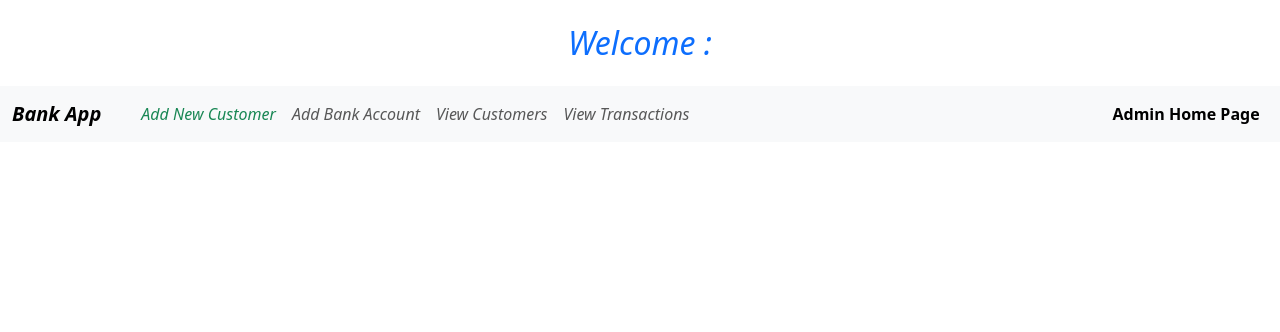
Repository: Niket-mishra/Dummy
Page: http://localhost/demo/user-list.jsp
These files come from the project's save history. The page is drawn as it stood at one moment and after the next save; the edit follows.
The browser window is 1280 px wide. The pictures show the whole page.
The page is served by Tomcat 10. Other server files are loaded and not shown. The template is opened directly, without the code that normally fills it, so the values that code supplies are empty.

Above is the page before, as saved 2024-05-12 10:13:16.

### demo/src/main/webapp/user-list.jsp
<%@ page language="java" contentType="text/html; charset=UTF-8"
 pageEncoding="UTF-8"%>
    <%@ taglib uri="http://java.sun.com/jsp/jstl/core" prefix="c"%>
        <html>

        <head>
            <title>Admin Home</title>
<link href="https://cdn.jsdelivr.net/npm/bootstrap@5.3.3/dist/css/bootstrap.min.css" rel="stylesheet">
<style>
#myDiv2 {
            display: none;
            margin-top: 10px;
            cursor: pointer;
       		 }
	#myDiv3 {
            display: none;
            margin-top: 10px;
            cursor: pointer;
       		 }
</style>
        </head>

        <body>
<h2 class ="mb-4 mt-4 fst-italic text-primary text-center">Welcome : ${fname}</h2>
<nav class="navbar navbar-expand-lg bg-body-tertiary mb-5">
  <div class="container-fluid">
    <a class="navbar-brand" href="/"><b><i>Bank App</i></b></a>
    <button class="navbar-toggler" type="button" data-bs-toggle="collapse" data-bs-target="#navbarText" aria-controls="navbarText" aria-expanded="false" aria-label="Toggle navigation">
      <span class="navbar-toggler-icon"></span>
    </button>
    <div class="collapse navbar-collapse ms-3" id="navbarText">
      <ul class="navbar-nav me-auto mb-2 mb-lg-0">
        <li class="nav-item">
          <a href="<%=request.getContextPath()%>/new" class="nav-link active fst-italic align-bottom d-flex justify-content-end link-success link-offset-2 link-underline-opacity-25 link-underline-opacity-100-hover" id="myAnchor" onclick="showDiv()" >Add New Customer</a>
        </li>
        <li class="nav-item fst-italic align-bottom d-flex justify-content-end link-success link-offset-2 link-underline-opacity-25 link-underline-opacity-100-hover">
          <a class="nav-link" href="#" onclick="hideDiv()">Add Bank Account</a>
        </li>
        <li class="nav-item fst-italic align-bottom d-flex justify-content-end link-success link-offset-2 link-underline-opacity-25 link-underline-opacity-100-hover">
          <a class="nav-link" onclick="showDiv2()">View Customers</a>
        </li>
        <li class="nav-item fst-italic align-bottom d-flex justify-content-end link-success link-offset-2 link-underline-opacity-25 link-underline-opacity-100-hover">
          <a class="nav-link" onclick="showDiv3()">View Transactions</a>
        </li>
      </ul>
      <span class="navbar-text">
        <b> <a href ="AdminHomePage.jsp" class="text-decoration-none">Admin Home Page</a> &nbsp;</b>
      </span>
    </div>
  </div>
</nav>

<div id="myDiv2">
<div class = " me-5 pe-5">

<h2 class ="mb-4 fst-italic text-primary ms-5 ps-5">Customer Details</h2>
                    <table border="1" class="table table-hover ms-5 me-5 ps-5 pe-5 mb-4">
                        <thead>
                            <tr>
                                <th>ID</th>
                                <th>First Name</th>
                                <th>Last Name</th>
                                <th>Email</th>
                                <th>Account Number</th>
                                <th>Balance</th>

                            </tr>
                        </thead>
                        <tbody>
                            <c:forEach var="user" items="${listUser}">
                                <tr>
                                    <td>
                                        <c:out value="${user.id}" />
                                    </td>
                                    <td>
                                        <c:out value="${user.fname}" />
                                    </td>
                                    <td>
                                        <c:out value="${user.lname}" />
                                    </td>
                                    <td>
                                        <c:out value="${user.email}" />
                                    </td>
                                    <td>
                                        <c:out value="${user.accounts.accNo}" />
                                    </td>
                                    <td>
                                        <c:out value="${user.accounts.balance}" />
                                    </td>
                                </tr>
                            </c:forEach>
                            <!-- } -->
                        </tbody>
					</table>
           </div>
           </div>

           <div id = "myDiv3">
           <div id "
           <div class = " me-5 pe-5">

<h2 class ="mb-4 fst-italic text-primary ms-5 ps-5">Transaction Details</h2>
                    <table border="1" class="table table-hover ms-5 me-5 ps-5 pe-5 mb-4">
                        <thead>
                            <tr>
                                <th>Transaction ID</th>
                                <th>Sender A/c</th>
                                <th>Receiver A/c</th>
                                <th>Amount</th>
                                <th>Date</th>
                                <th>Type</th>

                            </tr>
                        </thead>
                        <tbody>
                            <c:forEach var="transactions" items="${listTransaction}">
                                <tr>
                                    <td>
                                        <c:out value="${transactions.transactionId}" />
                                    </td>
                                    <td>
                                        <c:out value="${transactions.senderAcNo}" />
                                    </td>
                                    <td>
                                        <c:out value="${transactions.recieverAcNo}" />
                                    </td>
                                    <td>
                                        <c:out value="${transactions.amount}" />
                                    </td>
                                    <td>
                                        <c:out value="${transactions.date}" />
                                    </td>
                                    <td>
                                        <c:out value="TRANSFER" />
                                    </td>
                                </tr>
                            </c:forEach>

                        </tbody>
					</table>
           </div>

           </div>

             <script>
           function showDiv2() {

               var divElement2 = document.getElementById("myDiv2");

               if(divElement2.style.display="none"){
            	   divElement2.style.display="inline";
            	   divElement3.style.display="none";
               }
           }
			 function showDiv3() {

               var divElement3 = document.getElementById("myDiv2");

               if(divElement3.style.display="none"){
            	   divElement3.style.display="inline";
            	   divElement2.style.display="none";
               }
           }
          </script>






        </body>

        </html>

After the next save:
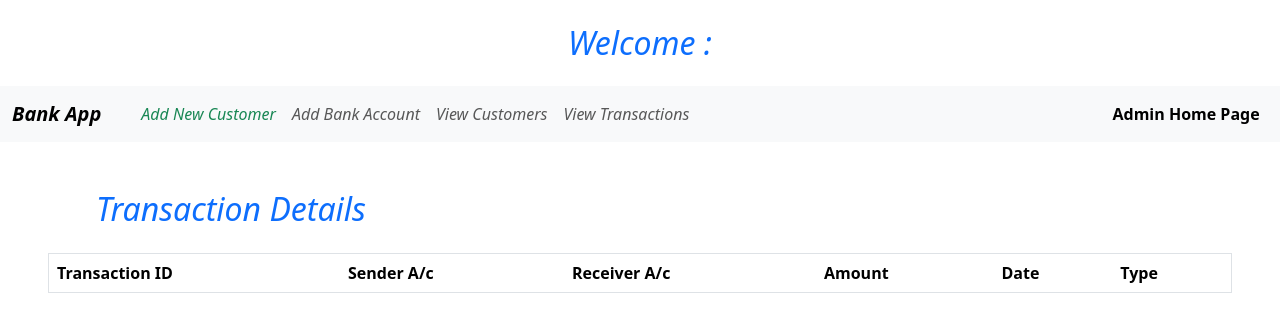
Saved 17 s later.
--- a/demo/src/main/webapp/user-list.jsp
+++ b/demo/src/main/webapp/user-list.jsp
@@ -95,8 +95,11 @@
            </div>
            </div>
 
+
+           <div>
            <div id = "myDiv3">
-           <div id "
+
+           </div>
            <div class = " me-5 pe-5">
 
 <h2 class ="mb-4 fst-italic text-primary ms-5 ps-5">Transaction Details</h2>
